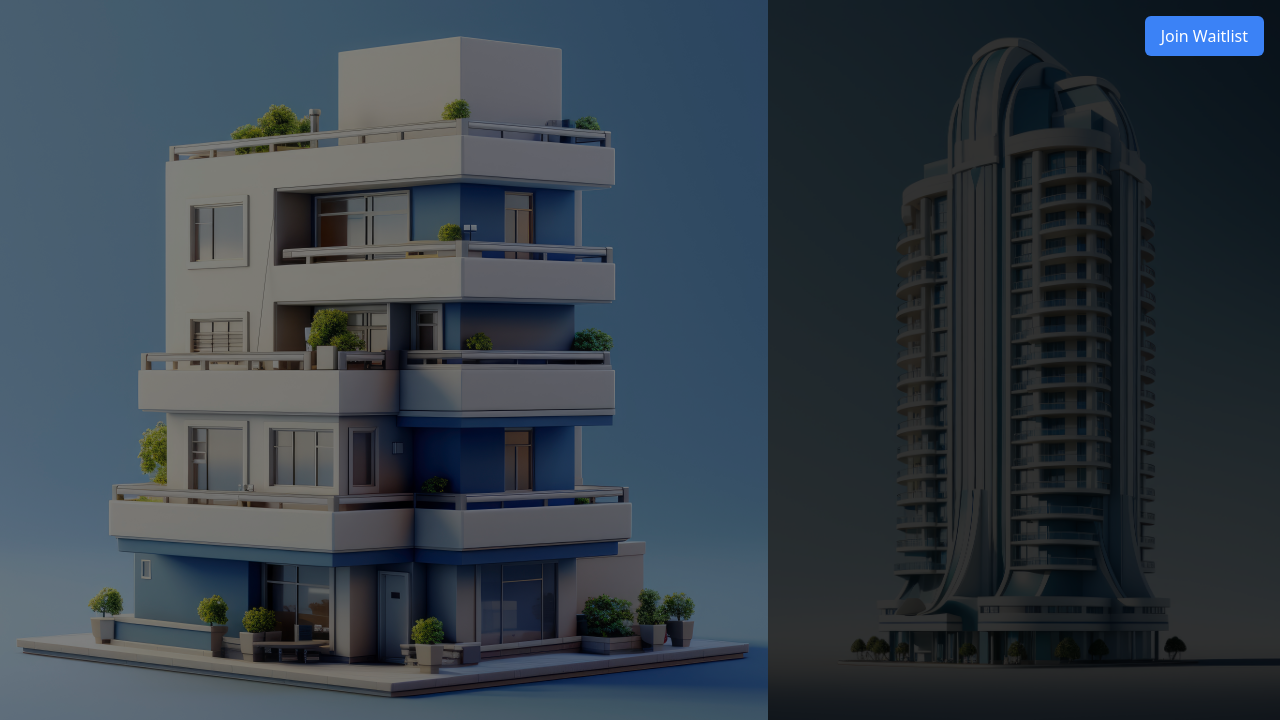
Repository: brytemenz/investnest-landing
Page: /
These files come from the project's save history. The page is drawn as it stood at one moment and after the next save; the edit follows.
The browser window is 1280 px wide. The pictures show the whole page.
The project was rebuilt for these pictures with package versions that can differ from the ones it lists, and the page was loaded fresh each time. Also part of the build but not shown: vite.config.js.

Above is the page before, as saved 2024-05-28 19:07:58.

### src/main.jsx
// src/main.jsx
import 'antd/dist/reset.css';
import './index.css';
import './landingPage.css';
import React from 'react';
import ReactDOM from 'react-dom/client';
import App from './App';

ReactDOM.createRoot(document.getElementById('root')).render(
  <React.StrictMode>
    <App />
  </React.StrictMode>
);

### src/landingPage.css
/* src/landingPage.css */
.bg-cover {
  background-size: cover;
}

.bg-center {
  background-position: center;
}

### src/App.jsx
// src/App.jsx
import React from 'react';
import LandingPage from './pages/landingPage';

const App = () => {
  return (
    <LandingPage />
  );
};

export default App;

### src/pages/landingPage.jsx
// src/pages/LandingPage.jsx
import React from 'react';
import leftImage from '../assets/leftimage.jpg';
import rightImage from '../assets/rightimage.jpg';
import '../landingPage.css';

const LandingPage = () => {
  return (
    <div className="flex min-h-screen">
      <div className="w-3/5 relative">
        <div className="absolute inset-0 bg-black bg-opacity-50"></div>
        <div className="bg-cover bg-center h-full" style={{ backgroundImage: `url(${leftImage})` }}></div>
      </div>
      <div className="w-2/5 relative">
        <div className="absolute inset-0 bg-black bg-opacity-80"></div>
        <div className="bg-cover bg-center h-full" style={{ backgroundImage: `url(${rightImage})` }}>
          <button className="absolute top-4 right-4 bg-blue-500 text-white px-4 py-2 rounded-md">Join Waitlist</button>
        </div>
      </div>
    </div>
  );
};

export default LandingPage;

Loaded but not shown: src/index.css (common file); tailwind.config.js (common file)

After the next save:
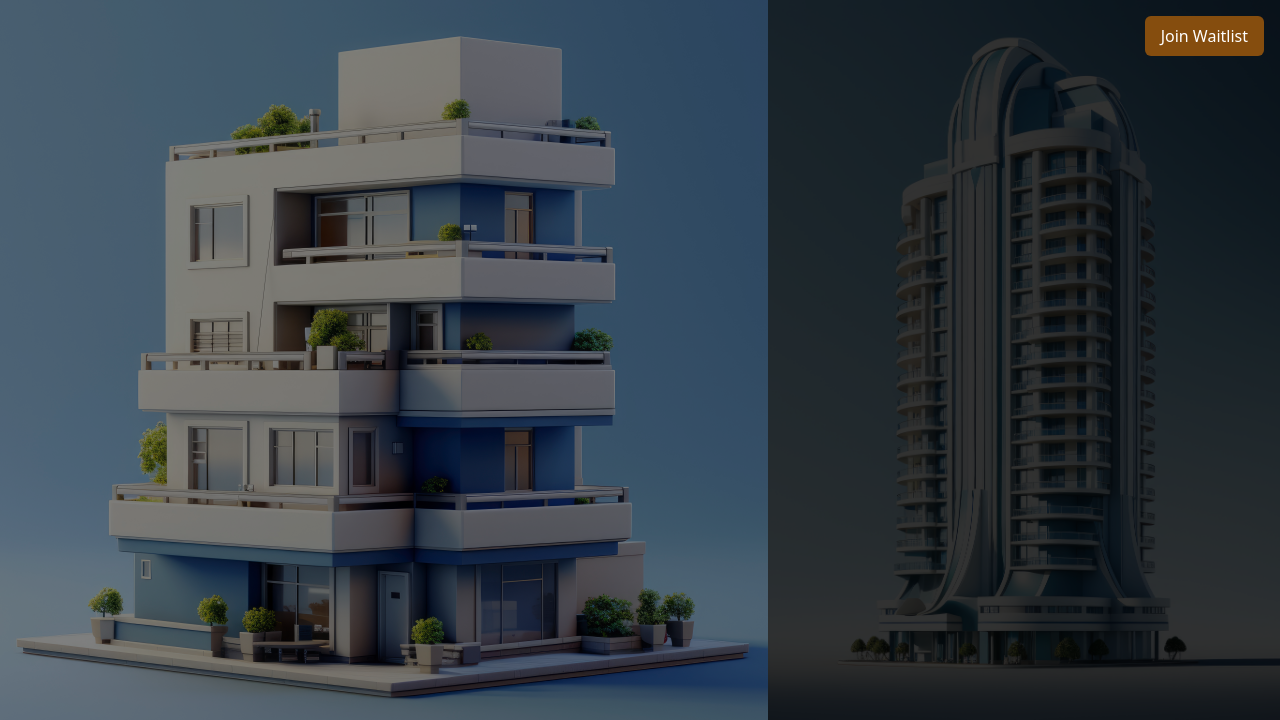
Saved 25 s later.
--- a/src/pages/landingPage.jsx
+++ b/src/pages/landingPage.jsx
@@ -14,7 +14,7 @@ const LandingPage = () => {
       <div className="w-2/5 relative">
         <div className="absolute inset-0 bg-black bg-opacity-80"></div>
         <div className="bg-cover bg-center h-full" style={{ backgroundImage: `url(${rightImage})` }}>
-          <button className="absolute top-4 right-4 bg-blue-500 text-white px-4 py-2 rounded-md">Join Waitlist</button>
+          <button className="absolute top-4 right-4 bg-yellow-800 text-white px-4 py-2 rounded-md">Join Waitlist</button>
         </div>
       </div>
     </div>
